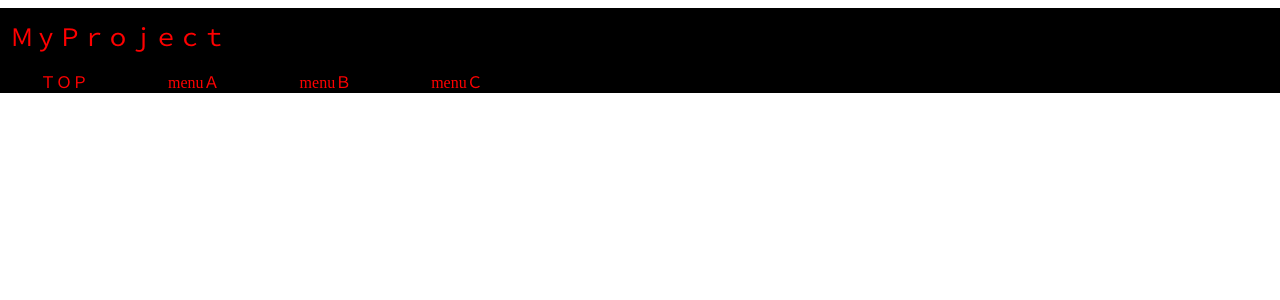
Repository: user10112018/test
Page: http://localhost/MyProject/
These files come from the project's save history. The page is drawn as it stood at one moment and after the next save; the edit follows.
The browser window is 1280 px wide. The pictures show the whole page.
The page is served by Tomcat 9. Other server files are loaded and not shown.

Above is the page before, as saved 2018-11-13 08:52:33.

### MyProject/WebContent/index.jsp
<%@ page language="java" contentType="text/html; charset=UTF-8"
    pageEncoding="UTF-8"%>
<%@ taglib prefix="s" uri="/struts-tags" %>
<!DOCTYPE html>
<html>
<head>
<meta charset="UTF-8">
<link rel="stylesheet" href="./css/style01.css">

<title>Index</title>



</head>


<body>
<!-- ============== ココカラ =============== -->

<!-- ==== header ===== -->
<div id="header">


<div id="logo">ＭｙＰｒｏｊｅｃｔ</div>


<div id="menu">

<ul>
   <li>ＴＯＰ</li>
   <li>menuＡ</li>
   <li>menuＢ</li>
   <li>menuＣ</li>
</ul>

</div>

</div>

<!-- ==== main ===== -->




<!-- ==== footer ===== -->

</body>

</html>

### MyProject/WebContent/css/style01.css
@CHARSET "UTF-8";

body {
	color: red;
}


#header{
	position: absolute;
	left: 0px;
	background-color: black;
	width: 100%;
}


#logo{
	font-size: 24px;
/* 	color: red; */
/* 	font-family:  */
    padding-top: 10px;
    padding-left: 10px;


}

#menu{
/* 	width: 100%; */
	heiht: 70px;
	background-color: black;
}

#menu ul{
/* 	padding-right: 20px; */

}

#menu ul li{
	float: left;
	list-style: none;
/* 	color: red; */
	font-size: 16px;
	padding-right: 80px;
/* 	text-align: left; */
    height: 24px;
}

#main{
	clear: both;
}

After the next save:
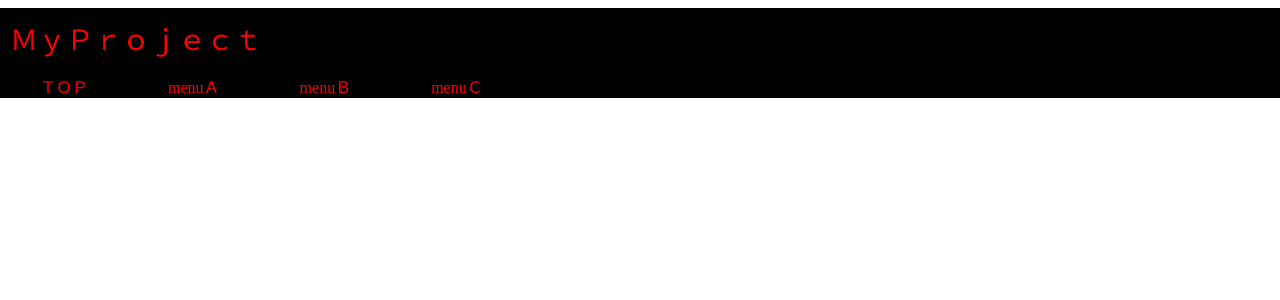
Saved 16 s later.
--- a/MyProject/WebContent/css/style01.css
+++ b/MyProject/WebContent/css/style01.css
@@ -14,7 +14,7 @@
 
 
 #logo{
-	font-size: 24px;
+	font-size: 28px;
 /* 	color: red; */
 /* 	font-family:  */
     padding-top: 10px;
